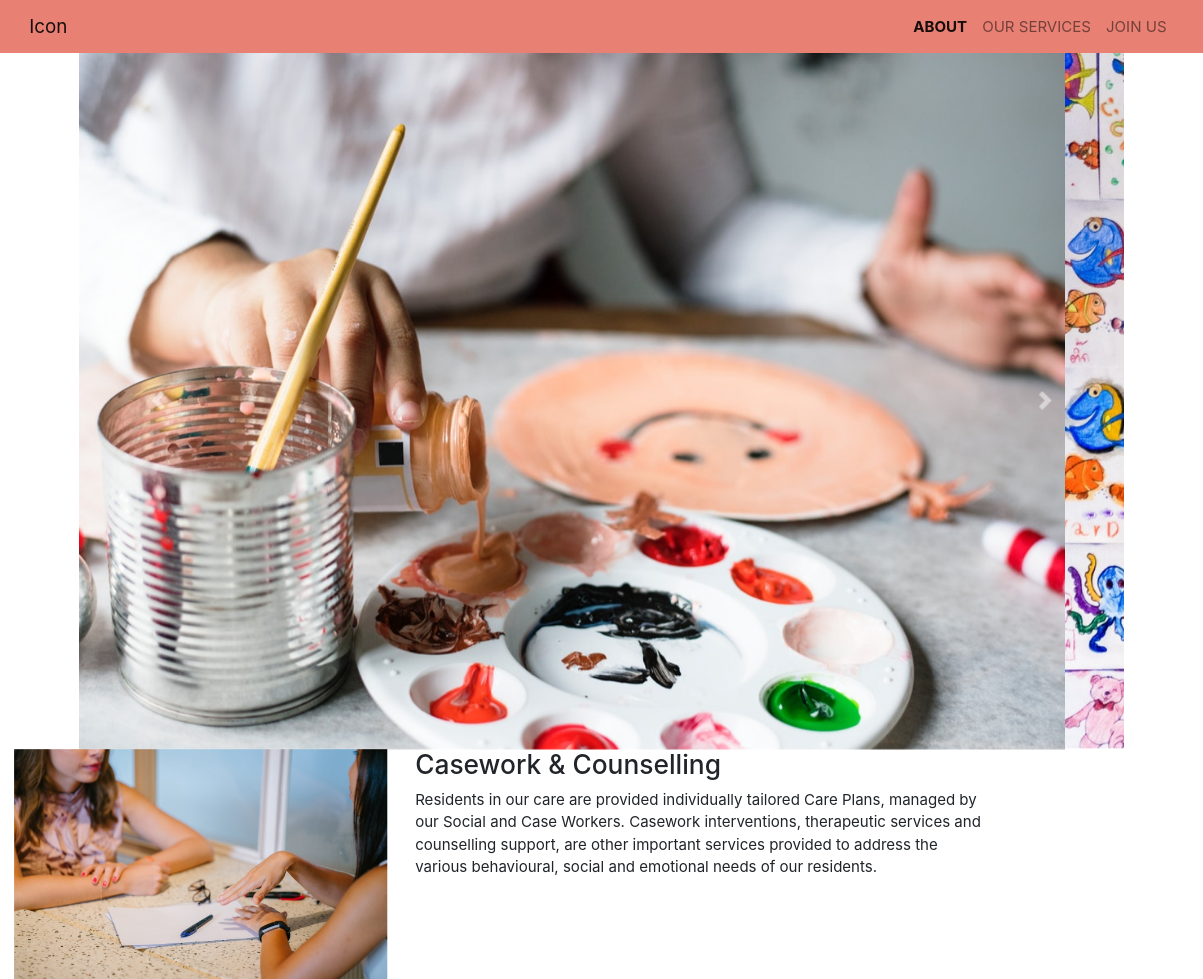
Repository: Code-Institute-Submissions/Jasonngyt-Project1
Page: services.html
The author's editor kept a record of every edit. The page is drawn from the files as they stood at one moment, then again after the next edit.
The browser window is 1280 px wide. The pictures show the part of the page from y = 0 to 1041 px (the page is 1623 px tall), at 94% of full size.
A picture or video elsewhere on the page could not be fetched, so the positions and the page height are approximate. Some web fonts or font styles are not loaded; a fallback is used. Some web libraries are served in a nearby version.

Above is the page before.

### services.html
<!DOCTYPE html>
<html lang="en">
<head>
    <meta charset="UTF-8">
    <meta name="viewport" content="width=device-width, initial-scale=1.0">
    <meta http-equiv="X-UA-Compatible" content="ie=edge">
    <title>Our Services</title>

    <!-- Bootsrap CSS -->
    <link rel="stylesheet" href="https://stackpath.bootstrapcdn.com/bootstrap/4.3.1/css/bootstrap.min.css" integrity="sha384-ggOyR0iXCbMQv3Xipma34MD+dH/1fQ784/j6cY/iJTQUOhcWr7x9JvoRxT2MZw1T" crossorigin="anonymous">

    <!-- Font Awesome -->
    <script src="https://kit.fontawesome.com/749eb0769b.js"></script>

    <!--Google Font -->
    <link href="https://fonts.googleapis.com/css?family=PT+Serif+Caption&display=swap" rel="stylesheet">

    <!-- mystyle.css -->
    <link rel="stylesheet" href="CSSstyle/mystyle.css" type="text/css"/>

</head>
<body>

    <!-- Navbar -->
    <nav class="navbar navbar-expand-md navbar-light sticky-top">
        <div class="container-fluid">
            <a class="navbar-brand" href="index.html">Icon</a>
            <button class="navbar-toggler" type="button" data-toggle="collapse" data-target="#navbarSupportedContent">
                <span class="navbar-toggler-icon"></span>
            </button>

            <div class="collapse navbar-collapse" id="navbarSupportedContent">
                <ul class="navbar-nav ml-auto">
                    <li class="nav-item active">
                        <a class="nav-link nav text-uppercase" href="index.html"><strong>About</strong><span class="sr-only">(current)</span></a>
                    </li>
                    <li class="nav-item">
                        <a class="nav-link text-uppercase" href="services.html">Our Services</a>
                    </li>
                    <li class="nav-item">
                        <a class="nav-link text-uppercase" href="enquiry.html" tabindex="-1">Join Us</a>
                    </li>
                </ul>
            </div>
        </div>
    </nav>

    <!-- Event Photos -->
    <div class="container">
        <div id="carouselExampleControls" class="carousel slide" data-ride="carousel">
            <div class="carousel-inner">
                <div class="carousel-item active">
                    <img class="d-block w-100" src="image/artClass.jpg" alt="First slide">
                </div>
                <div class="carousel-item">
                    <img class="d-block w-100" src="image/drawing.jpg" alt="Second slide">
                </div>
                <div class="carousel-item">
                    <img class="d-block w-100" src="image/running.jpg" alt="Third slide">
                </div>
                <div class="carousel-item">
                    <img class="d-block w-100" src="image/game.jpg" alt="Fourth slide">
                </div>
            </div>
            <a class="carousel-control-prev" href="#carouselExampleControls" role="button" data-slide="prev">
                <span class="carousel-control-prev-icon"></span>
                <span class="sr-only">Previous</span>
            </a>
            <a class="carousel-control-next" href="#carouselExampleControls" role="button" data-slide="next">
                <span class="carousel-control-next-icon"></span>
                <span class="sr-only">Next</span>
            </a>
        </div>
    </div>

    <!-- Our Services -->

    <div class="container col-sm-12 m-auto">
        <div class="row">
            <img src="image/conseling.jpg" class="col-sm-4">
            <div class="col-sm-6">
                <h3>Casework & Counselling</h3>
                <p>
                    Residents in our care are provided individually tailored Care Plans, managed by our Social and Case Workers.
                    Casework interventions, therapeutic services and counselling support, are other important services provided to address the various behavioural, social and emotional needs of our residents.
                </p>
            </div>
        </div>
    </div>

    <div class="container col-sm-12">
        <div class="row">
            <div class="col-sm-6">
                <h3>Art & Play Therapy</h3>
                <p>
                    To ensure that our residents benefit as much as they can during their stay in Melrose Home, art and play therapies have been made available to those residents with higher needs.
                    Art therapy in both individual and group formats were offered to both children and youths, while play therapy was offered on an individual basis.
                    The art and play therapies complemented the various social work interventions in meeting the needs of our residents holistically and were very well received by the residents.
                </p>
            </div>
            <img src="image/kid_draw.jpg" class="col-sm-4">
        </div>
    </div>

    <div class="container col-sm-12">
        <div class="row">
            <img src="image/family_beach.jpg" class="col-sm-4">
            <div class="col-sm-6">
                <h3>Family Work & Reintegration</h3>
                <p>
                    Our Social Care team work alongside families in need to address a multitude of complex issues.  This is done through regular home visits, counselling sessions, and collaborative case conferences with multiple stakeholders.
                    The aim is to guide and empower families to be more self-sufficient and improve their social circumstances, which would ultimately enable safe re-integration of our residents with their families where they belong.
                </p>
            </div>
        </div>
    </div>

    <!- Bootstrap Javascript -->
    <script src="https://code.jquery.com/jquery-3.3.1.slim.min.js" integrity="sha384-q8i/X+965DzO0rT7abK41JStQIAqVgRVzpbzo5smXKp4YfRvH+8abtTE1Pi6jizo" crossorigin="anonymous"></script>
    <script src="https://cdnjs.cloudflare.com/ajax/libs/popper.js/1.14.7/umd/popper.min.js" integrity="sha384-UO2eT0CpHqdSJQ6hJty5KVphtPhzWj9WO1clHTMGa3JDZwrnQq4sF86dIHNDz0W1" crossorigin="anonymous"></script>
    <script src="https://stackpath.bootstrapcdn.com/bootstrap/4.3.1/js/bootstrap.min.js" integrity="sha384-JjSmVgyd0p3pXB1rRibZUAYoIIy6OrQ6VrjIEaFf/nJGzIxFDsf4x0xIM+B07jRM" crossorigin="anonymous"></script>
</body>
</html>

### CSSstyle/mystyle.css
.navbar{
    background-color: #E98074;
}
.nav {
    text-transform: uppercase
}

.about_font {
    font-family: 'PT Serif Caption', serif;
}

.about{
    background-color: #EAE7DC;
    padding: 0px;
    margin: 0px;
}

.about_bg {
    position: relative;
    background-image: url("../image/superchild.jpg");
    padding: 0%;
    width: 100%;
    height: 80vh;
    background-position: center;
    background-repeat: no-repeat;
    background-size: cover;
}

.statistic {
    height: 150px;
    background-color: #E85A4F;
    margin: 20px;
    color: white;
    padding: 20px;
}

After the next edit:
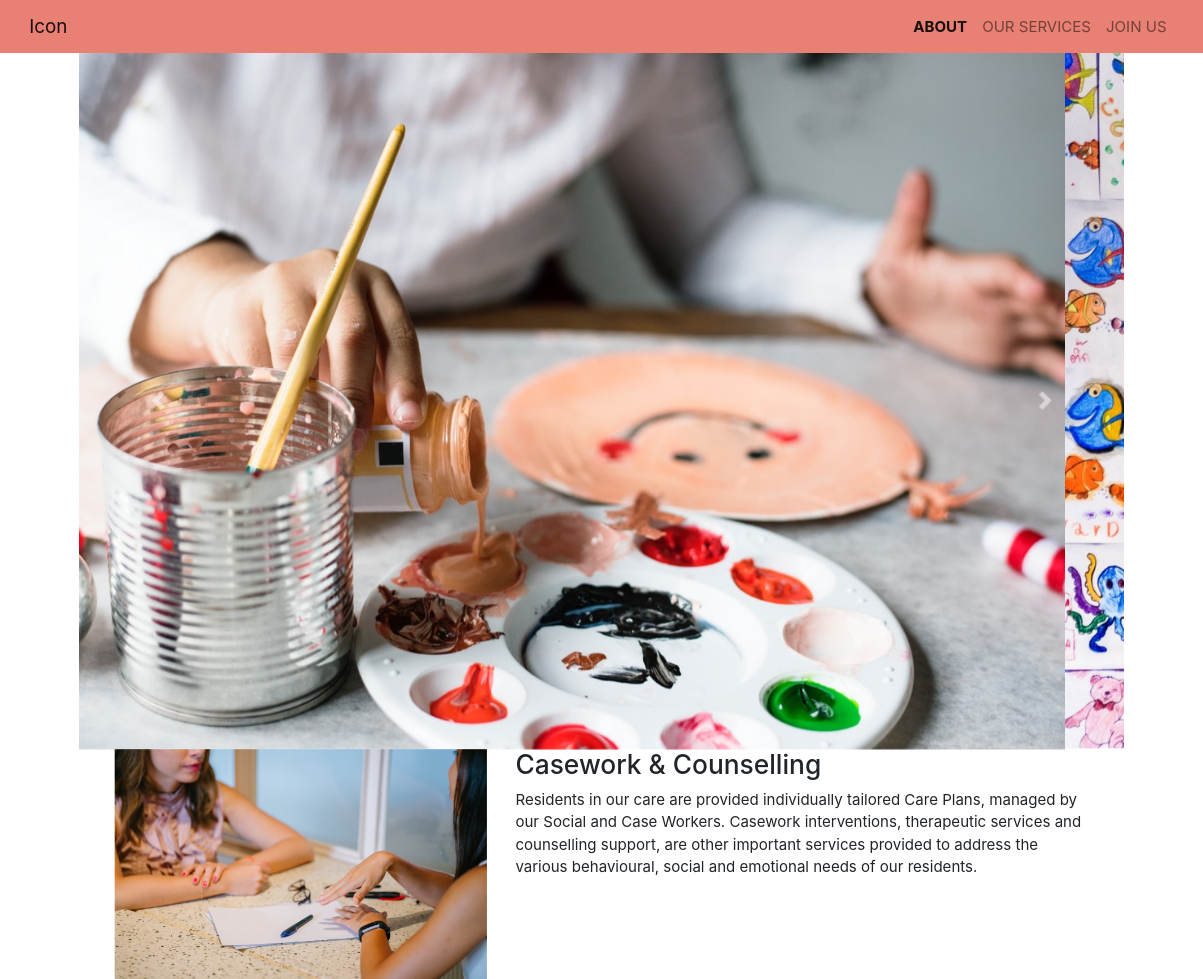
The edit:
--- a/services.html
+++ b/services.html
@@ -76,7 +76,7 @@
     <!-- Our Services -->
 
     <div class="container col-sm-12 m-auto">
-        <div class="row">
+        <div class="row justify-content-center">
             <img src="image/conseling.jpg" class="col-sm-4">
             <div class="col-sm-6">
                 <h3>Casework & Counselling</h3>
